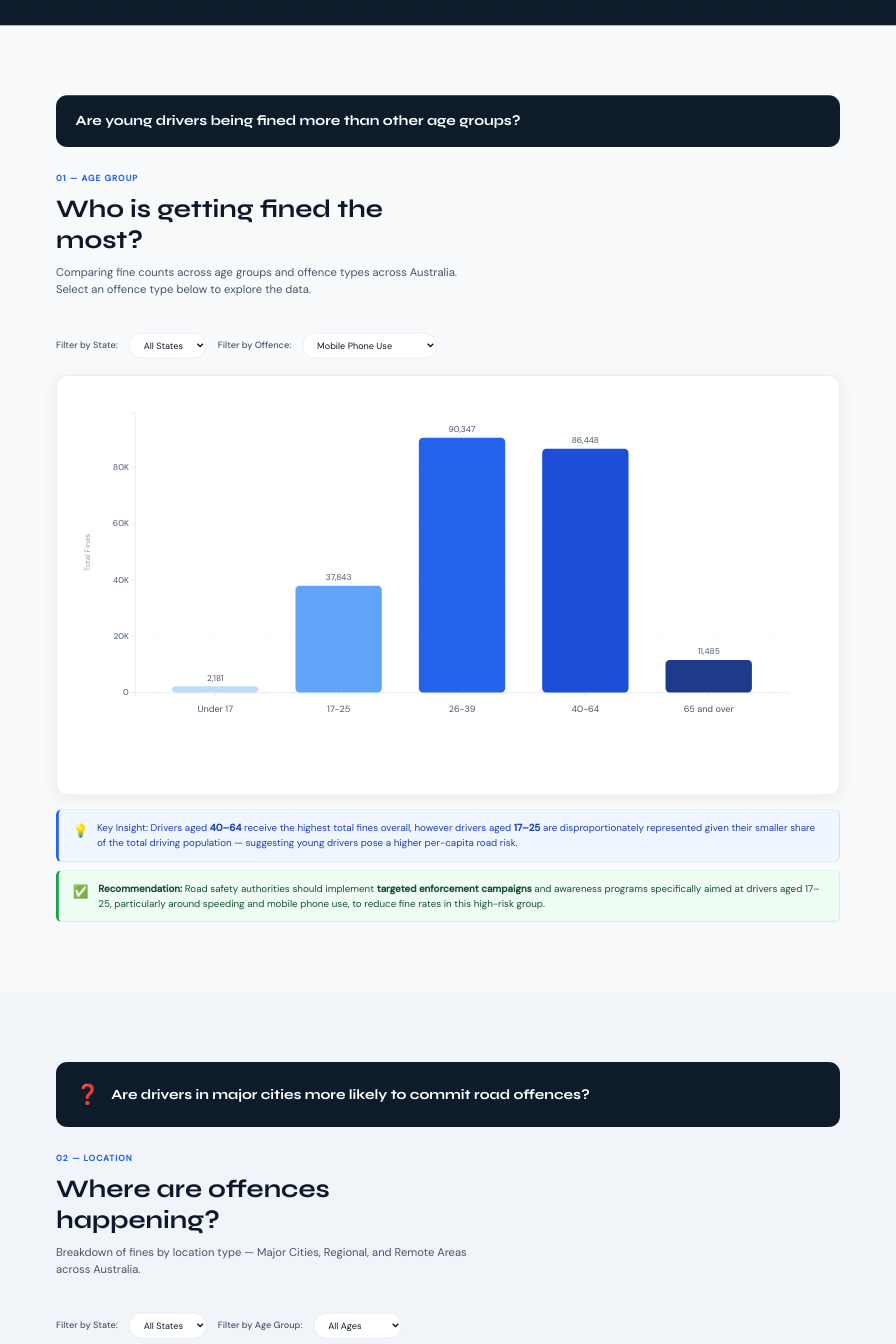
Repository: j26046183-hue/COS30045-GROUP-ASSIGNMENT
Page: index.html
The author's editor kept a copy of each file at every save. The page is drawn from the files as they stood at one save, then again after the next save.
The browser window is 1280 px wide. The pictures show the part of the page from y = 863 to 2783 px (the page is 6699 px tall before and 6625 px after), at 70% of full size.

Above is the page before, as saved 2026-06-04 21:39:16.

### index.html
<!DOCTYPE html>
<html lang="en">
<head>
    <meta charset="UTF-8">
    <meta name="viewport" content="width=device-width, initial-scale=1.0">
    <title>Australian Road Safety Enforcement</title>
    <link href="https://fonts.googleapis.com/css2?family=Syne:wght@400;600;700;800&family=DM+Sans:wght@300;400;500&display=swap" rel="stylesheet">
    <script src="https://d3js.org/d3.v7.min.js"></script>
    <link rel="stylesheet" href="css/style.css">
</head>
<body>

    <!-- NAVBAR -->
    <nav id="navbar">
        <div class="nav-brand">
            <span class="brand-dot"></span>
            Police Enforcement
        </div>
        <ul class="nav-links">
            <li><a href="#intro">Home</a></li>
            <li><a href="#age-group">Age Group</a></li>
            <li><a href="#location">Location</a></li>
            <li><a href="#drug-tests">Drug Tests</a></li>
            <li><a href="#state">By State</a></li>
        </ul>
    </nav>

    <!-- SECTION 1 - HERO -->
    <section id="intro">
        <div class="hero-bg-grid"></div>
        <div class="hero-content">
            <div class="hero-tag">BITRE Road Safety Enforcement Data · 2024</div>
            <h1>Australian Road Safety<br><span class="highlight">Enforcement</span><br>Dashboard</h1>
            <p>Exploring enforcement data across fines, drug tests, and arrests — broken down by age, location, and state.</p>
            <a href="#age-group" class="btn-hero">Start Exploring <span class="arrow">↓</span></a>
        </div>
        <div class="hero-stats">
            <div class="hero-stat">
                <span class="stat-num">12,179</span>
                <span class="stat-label">Records analysed</span>
            </div>
            <div class="hero-stat">
                <span class="stat-num">8</span>
                <span class="stat-label">States & territories</span>
            </div>
            <div class="hero-stat">
                <span class="stat-num">5</span>
                <span class="stat-label">Age groups</span>
            </div>
            <div class="hero-stat">
                <span class="stat-num">2024</span>
                <span class="stat-label">Data year</span>
            </div>
        </div>
    </section>

    <!-- SECTION 2 - AGE GROUP -->
    <section id="age-group" class="chart-section">

        <!-- Story Question -->
        <div class="story-question">
            <h3>Are young drivers being fined more than other age groups?</h3>
        </div>

        <div class="section-header">
            <div class="section-tag">01 — Age Group</div>
            <h2>Who is getting fined the most?</h2>
            <p>Comparing fine counts across age groups and offence types across Australia. Select an offence type below to explore the data.</p>
        </div>

        <div class="chart-controls">
            <label>Filter by State:</label>
            <select id="age-state-filter">
                <option value="all">All States</option>
            </select>
            <label>Filter by Offence:</label>
            <select id="age-offence-filter"></select>
        </div>

        <div class="chart-card">
            <div id="age-group-chart"></div>
        </div>

        <div class="insight-box">
            <span class="insight-icon">💡</span>
            <span>Key Insight: Drivers aged <strong>40–64</strong> receive the highest total fines overall, however drivers aged <strong>17–25</strong> are disproportionately represented given their smaller share of the total driving population — suggesting young drivers pose a higher per-capita road risk.</span>
        </div>

        <div class="recommendation-box">
            <span class="rec-icon">✅</span>
            <div>
                <strong>Recommendation:</strong> Road safety authorities should implement <strong>targeted enforcement campaigns</strong> and awareness programs specifically aimed at drivers aged 17–25, particularly around speeding and mobile phone use, to reduce fine rates in this high-risk group.
            </div>
        </div>

    </section>

    <!-- SECTION 3 - LOCATION -->
    <section id="location" class="chart-section alt-bg">

        <!-- Story Question -->
        <div class="story-question">
            <span class="question-icon">❓</span>
            <h3>Are drivers in major cities more likely to commit road offences?</h3>
        </div>

        <div class="section-header">
            <div class="section-tag">02 — Location</div>
            <h2>Where are offences happening?</h2>
            <p>Breakdown of fines by location type — Major Cities, Regional, and Remote Areas across Australia.</p>
        </div>

        <div class="chart-controls">
            <label>Filter by State:</label>
            <select id="loc-state-filter">
                <option value="all">All States</option>
            </select>
            <label>Filter by Age Group:</label>
            <select id="loc-age-filter">
                <option value="all">All Ages</option>
            </select>
        </div>

        <div class="chart-card">
            <div id="location-chart"></div>
        </div>

        <div class="insight-box">
            <span class="insight-icon">💡</span>
            <span>Key Insight: <strong>Major cities</strong> account for the highest fine counts due to higher population density and increased traffic volume, while remote areas show relatively lower enforcement activity.</span>
        </div>

        <div class="recommendation-box">
            <span class="rec-icon">✅</span>
            <div>
                <strong>Recommendation:</strong> While major cities dominate in total fines, authorities should consider <strong>increasing enforcement presence</strong> in outer regional and remote areas where road conditions are more hazardous and enforcement is less frequent.
            </div>
        </div>

    </section>

    <!-- SECTION 4 - DRUG TESTS -->
    <section id="drug-tests" class="chart-section">

        <!-- Story Question -->
        <div class="story-question">
            <span class="question-icon">❓</span>
            <h3>Is drug driving becoming a bigger problem on Australian roads?</h3>
        </div>

        <div class="section-header">
            <div class="section-tag">03 — Drug Tests</div>
            <h2>How has drug driving changed?</h2>
            <p>Positive drug test counts by substance type — Cannabis, Amphetamine, and more across 2023 and 2024.</p>
        </div>

        <div class="chart-controls">
            <label>Filter by State:</label>
            <select id="drug-state-filter">
                <option value="all">All States</option>
            </select>
            <label>Filter by Year:</label>
            <select id="drug-year-filter">
                <option value="all">All Years</option>
                <option value="2023">2023</option>
                <option value="2024">2024</option>
            </select>
        </div>

        <div class="chart-two-col">
            <div class="chart-card">
                <h3 class="chart-title">Positive Tests Over Time</h3>
                <div id="drug-line-chart"></div>
            </div>
            <div class="chart-card">
                <h3 class="chart-title">Drug Type Breakdown</h3>
                <div id="drug-donut-chart"></div>
            </div>
        </div>

        <div class="insight-box">
            <span class="insight-icon">💡</span>
            <span>Key Insight: <strong>Amphetamine</strong> is the most commonly detected substance in positive drug tests, followed by Cannabis. Drug test numbers remain consistently high across both 2023 and 2024, indicating drug driving is an ongoing road safety concern.</span>
        </div>

        <div class="recommendation-box">
            <span class="rec-icon">✅</span>
            <div>
                <strong>Recommendation:</strong> Authorities should <strong>increase roadside drug testing frequency</strong>, particularly in states with high positive test rates, and focus public awareness campaigns on the dangers of driving under the influence of amphetamines and cannabis.
            </div>
        </div>

    </section>

    <!-- SECTION 5 - STATE -->
    <section id="state" class="chart-section alt-bg">

        <!-- Story Question -->
        <div class="story-question">
            <span class="question-icon">❓</span>
            <h3>Which Australian states have the highest road safety enforcement activity?</h3>
        </div>

        <div class="section-header">
            <div class="section-tag">04 — By State</div>
            <h2>How do states compare?</h2>
            <p>Total fines ranked by Australian state — filter by age group and offence type to explore patterns.</p>
        </div>

        <div class="chart-controls">
            <label>Filter by Age Group:</label>
            <select id="state-age-filter">
                <option value="all">All Ages</option>
            </select>
            <label>Filter by Offence:</label>
            <select id="state-metric-filter">
                <option value="all">All Offences</option>
            </select>
        </div>

        <div class="chart-card">
            <div id="state-chart"></div>
        </div>

        <div class="insight-box">
            <span class="insight-icon">💡</span>
            <span>Key Insight: <strong>NSW and VIC</strong> consistently lead in total fines due to their larger populations and higher traffic volumes, while smaller states like ACT and TAS record significantly lower enforcement numbers.</span>
        </div>

        <div class="recommendation-box">
            <span class="rec-icon">✅</span>
            <div>
                <strong>Recommendation:</strong> Smaller states should <strong>benchmark against NSW and VIC's enforcement strategies</strong> to identify gaps in road safety coverage. Population-adjusted fine rates should be used to more accurately compare enforcement effectiveness across states.
            </div>
        </div>

    </section>

    <!-- FOOTER -->
    <footer>
        <div class="footer-content">
            <div class="footer-brand">Police Enforcement</div>
            <p>Data sourced from the Bureau of Infrastructure and Transport Research Economics (BITRE), 2024.</p>
            <p>Built for COS30045 Data Visualisation · Swinburne University of Technology</p>
        </div>
    </footer>

    <script src="js/age-group.js"></script>
    <script src="js/location.js"></script>
    <script src="js/drug-tests.js"></script>
    <script src="js/state.js"></script>

</body>
</html>

### css/style.css
/* =====================
   CSS VARIABLES
===================== */
:root {
    --navy: #0d1b2a;
    --navy-light: #1b2d42;
    --blue: #2563eb;
    --blue-light: #3b82f6;
    --accent: #f97316;
    --white: #ffffff;
    --off-white: #f8fafc;
    --gray-100: #f1f5f9;
    --gray-200: #e2e8f0;
    --gray-400: #94a3b8;
    --gray-600: #475569;
    --gray-800: #1e293b;
    --text-primary: #0f172a;
    --text-secondary: #475569;
    --card-shadow: 0 4px 24px rgba(0,0,0,0.07);
    --radius: 16px;
    --radius-sm: 8px;
}

/* =====================
   RESET & BASE
===================== */
* {
    margin: 0;
    padding: 0;
    box-sizing: border-box;
}

html {
    scroll-behavior: smooth;
}

body {
    font-family: 'DM Sans', sans-serif;
    color: var(--text-primary);
    background: var(--off-white);
    line-height: 1.6;
}

/* =====================
   NAVBAR
===================== */
#navbar {
    position: fixed;
    top: 0;
    left: 0;
    right: 0;
    background: rgba(13, 27, 42, 0.95);
    backdrop-filter: blur(12px);
    padding: 16px 48px;
    display: flex;
    align-items: center;
    justify-content: space-between;
    z-index: 1000;
    border-bottom: 1px solid rgba(255,255,255,0.08);
}

.nav-brand {
    color: var(--white);
    font-family: 'Syne', sans-serif;
    font-size: 18px;
    font-weight: 700;
    display: flex;
    align-items: center;
    gap: 10px;
}

.brand-dot {
    width: 10px;
    height: 10px;
    border-radius: 50%;
    background: var(--accent);
    display: inline-block;
}

.nav-links {
    list-style: none;
    display: flex;
    gap: 32px;
}

.nav-links a {
    color: var(--gray-400);
    text-decoration: none;
    font-size: 14px;
    font-weight: 400;
    transition: color 0.2s;
    letter-spacing: 0.3px;
}

.nav-links a:hover {
    color: var(--white);
}

/* =====================
   HERO SECTION
===================== */
#intro {
    min-height: 100vh;
    background: var(--navy);
    display: flex;
    flex-direction: column;
    align-items: center;
    justify-content: center;
    padding: 120px 48px 60px;
    position: relative;
    overflow: hidden;
    text-align: center;
}

.hero-bg-grid {
    position: absolute;
    inset: 0;
    background-image:
        linear-gradient(rgba(37,99,235,0.05) 1px, transparent 1px),
        linear-gradient(90deg, rgba(37,99,235,0.05) 1px, transparent 1px);
    background-size: 60px 60px;
    pointer-events: none;
}

.hero-content {
    position: relative;
    z-index: 1;
    max-width: 800px;
}

.hero-tag {
    display: inline-block;
    background: rgba(37,99,235,0.15);
    color: var(--blue-light);
    border: 1px solid rgba(37,99,235,0.3);
    padding: 6px 16px;
    border-radius: 100px;
    font-size: 13px;
    font-weight: 500;
    margin-bottom: 28px;
    letter-spacing: 0.5px;
}

#intro h1 {
    font-family: 'Syne', sans-serif;
    font-size: 56px;
    font-weight: 800;
    color: var(--white);
    line-height: 1.1;
    margin-bottom: 24px;
}

.highlight {
    color: var(--accent);
}

#intro p {
    font-size: 18px;
    color: var(--gray-400);
    margin-bottom: 40px;
    max-width: 560px;
    margin-left: auto;
    margin-right: auto;
}

.btn-hero {
    display: inline-flex;
    align-items: center;
    gap: 10px;
    background: var(--blue);
    color: white;
    padding: 14px 32px;
    border-radius: 100px;
    text-decoration: none;
    font-size: 16px;
    font-weight: 500;
    transition: background 0.2s, transform 0.2s;
}

.btn-hero:hover {
    background: var(--blue-light);
    transform: translateY(-2px);
}

.btn-hero .arrow {
    font-size: 18px;
}

.hero-stats {
    display: flex;
    gap: 0;
    margin-top: 80px;
    border: 1px solid rgba(255,255,255,0.08);
    border-radius: var(--radius);
    overflow: hidden;
    position: relative;
    z-index: 1;
}

.hero-stat {
    flex: 1;
    padding: 28px 32px;
    border-right: 1px solid rgba(255,255,255,0.08);
    text-align: center;
}

.hero-stat:last-child {
    border-right: none;
}

.stat-num {
    display: block;
    font-family: 'Syne', sans-serif;
    font-size: 32px;
    font-weight: 700;
    color: var(--white);
    margin-bottom: 4px;
}

.stat-label {
    display: block;
    font-size: 12px;
    color: var(--gray-400);
    letter-spacing: 0.5px;
    text-transform: uppercase;
}

/* =====================
   CHART SECTIONS
===================== */
.chart-section {
    padding: 100px 80px;
    min-height: 100vh;
}

.alt-bg {
    background: var(--gray-100);
}

.section-header {
    max-width: 600px;
    margin-bottom: 48px;
}

.section-tag {
    font-size: 12px;
    font-weight: 600;
    color: var(--blue);
    letter-spacing: 1.5px;
    text-transform: uppercase;
    margin-bottom: 12px;
}

.chart-section h2 {
    font-family: 'Syne', sans-serif;
    font-size: 36px;
    font-weight: 700;
    color: var(--text-primary);
    margin-bottom: 12px;
    line-height: 1.2;
}

.chart-section p {
    font-size: 16px;
    color: var(--text-secondary);
}

/* =====================
   CHART CONTROLS
===================== */
.chart-controls {
    display: flex;
    align-items: center;
    gap: 16px;
    margin-bottom: 24px;
    flex-wrap: wrap;
}

.chart-controls label {
    font-size: 13px;
    font-weight: 500;
    color: var(--text-secondary);
}

.chart-controls select {
    padding: 8px 16px;
    border: 1px solid var(--gray-200);
    border-radius: 100px;
    font-size: 13px;
    font-family: 'DM Sans', sans-serif;
    color: var(--text-primary);
    background: white;
    cursor: pointer;
    outline: none;
    transition: border 0.2s;
}

.chart-controls select:hover {
    border-color: var(--blue);
}

/* =====================
   CHART CARDS
===================== */
.chart-card {
    background: var(--white);
    border-radius: var(--radius);
    padding: 32px;
    box-shadow: var(--card-shadow);
    border: 1px solid var(--gray-200);
    margin-bottom: 20px;
    min-height: 600px;
}

.chart-two-col {
    display: grid;
    grid-template-columns: 1fr 1fr;
    gap: 24px;
    margin-bottom: 20px;
}

.chart-title {
    font-family: 'Syne', sans-serif;
    font-size: 16px;
    font-weight: 600;
    color: var(--text-primary);
    margin-bottom: 20px;
}

/* =====================
   INSIGHT BOX
===================== */
.insight-box {
    display: flex;
    align-items: flex-start;
    gap: 12px;
    background: #eff6ff;
    border: 1px solid #bfdbfe;
    border-left: 4px solid var(--blue);
    border-radius: var(--radius-sm);
    padding: 14px 20px;
    font-size: 14px;
    color: #1e40af;
    line-height: 1.6;
    margin-bottom: 12px;
}

.insight-icon {
    font-size: 18px;
    flex-shrink: 0;
    margin-top: 2px;
}

/* =====================
   STORY QUESTION
===================== */
.story-question {
    display: flex;
    align-items: center;
    gap: 16px;
    background: var(--navy);
    border-radius: var(--radius);
    padding: 24px 28px;
    margin-bottom: 36px;
}

.question-icon {
    font-size: 28px;
    flex-shrink: 0;
}

.story-question h3 {
    font-family: 'Syne', sans-serif;
    font-size: 20px;
    font-weight: 700;
    color: var(--white);
    line-height: 1.3;
}

/* =====================
   RECOMMENDATION BOX
===================== */
.recommendation-box {
    display: flex;
    align-items: flex-start;
    gap: 14px;
    background: #f0fdf4;
    border: 1px solid #bbf7d0;
    border-left: 4px solid #16a34a;
    border-radius: var(--radius-sm);
    padding: 14px 20px;
    font-size: 14px;
    color: #14532d;
    line-height: 1.6;
    margin-top: 12px;
}

.rec-icon {
    font-size: 18px;
    flex-shrink: 0;
    margin-top: 2px;
}

/* =====================
   FOOTER
===================== */
footer {
    background: var(--navy);
    padding: 60px 80px;
    text-align: center;
}

.footer-brand {
    font-family: 'Syne', sans-serif;
    font-size: 20px;
    font-weight: 700;
    color: var(--white);
    margin-bottom: 16px;
}

footer p {
    font-size: 13px;
    color: var(--gray-400);
    margin-bottom: 6px;
}

/* =====================
   D3 CHART STYLES
===================== */
.axis path,
.axis line {
    stroke: var(--gray-200);
}

.axis text {
    fill: var(--text-secondary);
    font-family: 'DM Sans', sans-serif;
    font-size: 12px;
}

.tooltip {
    position: absolute;
    background: var(--navy);
    color: white;
    padding: 10px 16px;
    border-radius: var(--radius-sm);
    font-size: 13px;
    font-family: 'DM Sans', sans-serif;
    pointer-events: none;
    opacity: 0;
    transition: opacity 0.2s;
    box-shadow: 0 8px 24px rgba(0,0,0,0.2);
    z-index: 9999;
}

/* =====================
   RESPONSIVE
===================== */
@media (max-width: 900px) {
    #navbar { padding: 14px 24px; }
    .nav-links { gap: 16px; }
    #intro h1 { font-size: 36px; }
    .chart-section { padding: 80px 24px; }
    .hero-stats { flex-direction: column; }
    .hero-stat { border-right: none; border-bottom: 1px solid rgba(255,255,255,0.08); }
    .chart-two-col { grid-template-columns: 1fr; }
}

Loaded but not shown: js/location.js (241 lines, source omitted); js/age-group.js (192 lines, source omitted); js/state.js (193 lines, source omitted); js/drug-tests.js (no stored copy; drawn as an empty file)

After the next save:
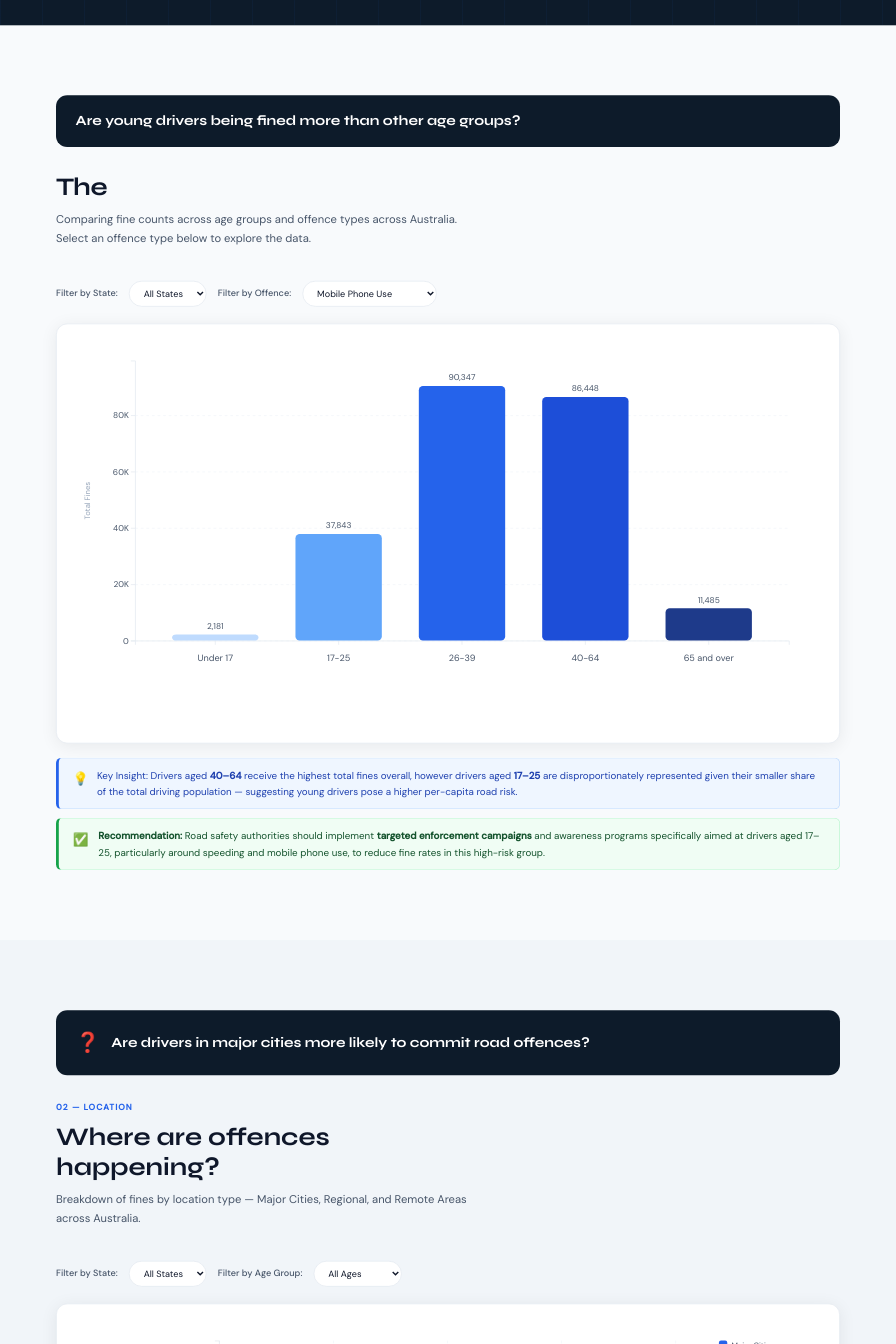
Saved 47 min 23 s later.
--- a/index.html
+++ b/index.html
@@ -63,8 +63,7 @@
         </div>
 
         <div class="section-header">
-            <div class="section-tag">01 — Age Group</div>
-            <h2>Who is getting fined the most?</h2>
+            <h2>The </h2>
             <p>Comparing fine counts across age groups and offence types across Australia. Select an offence type below to explore the data.</p>
         </div>
 
